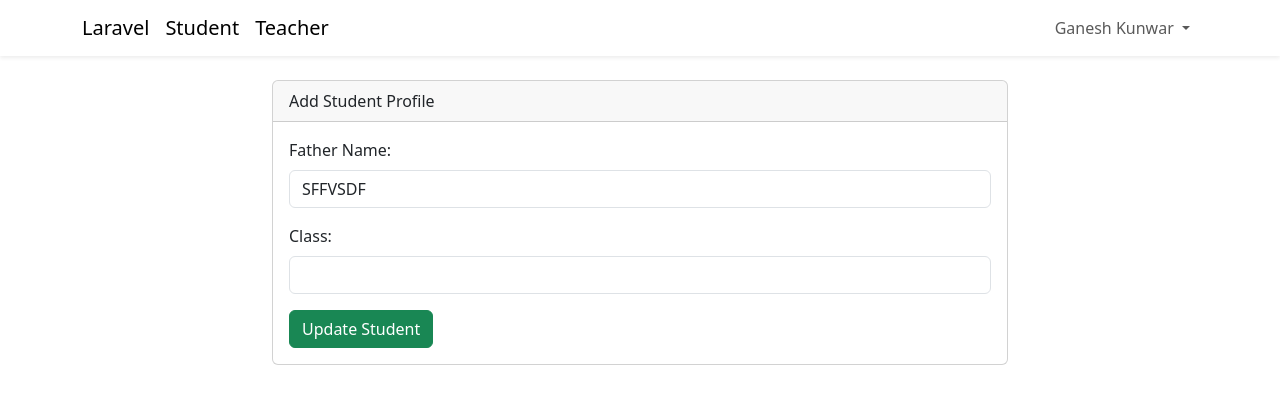
Repository: kunwarganesh07/Example
Page: http://localhost/student/profile/4
The author's editor kept a copy of each file at every save. The page is drawn from the files as they stood at one save, then again after a run of saves.
The browser window is 1280 px wide. The pictures show the whole page.
The page is served by the project's Laravel application, run on PHP 8.4 with Laravel 12. The first stored user is signed in. The database holds what the project's SQL file puts in it.

Above is the page before, as saved 2025-11-17 14:30:09.

After the next 2 saves:
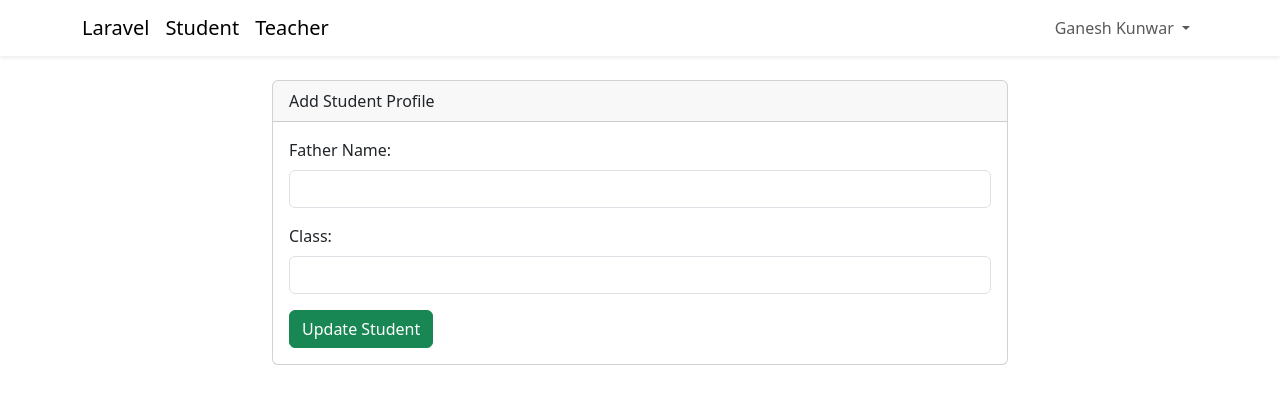
The 2 saves are shown as one change because they came seconds apart.
The last was saved 8 s later.
--- a/resources/views/student/profile.blade.php
+++ b/resources/views/student/profile.blade.php
@@ -14,14 +14,12 @@
                             @method('put')
                             <div class="mb-3">
                                 <label class="form-label">Father Name:</label>
-                                <input type="text" name="name" class="form-control" value="{{ $student->name }}"
-                                    required>
+                                <input type="text" name="name" class="form-control" required>
                             </div>
 
                             <div class="mb-3">
                                 <label class="form-label">Class:</label>
-                                <input type="text" name="class" class="form-control"
-                                    required>
+                                <input type="text" name="class" class="form-control" required>
                             </div>
 
                             {{-- <div class="mb-3">
